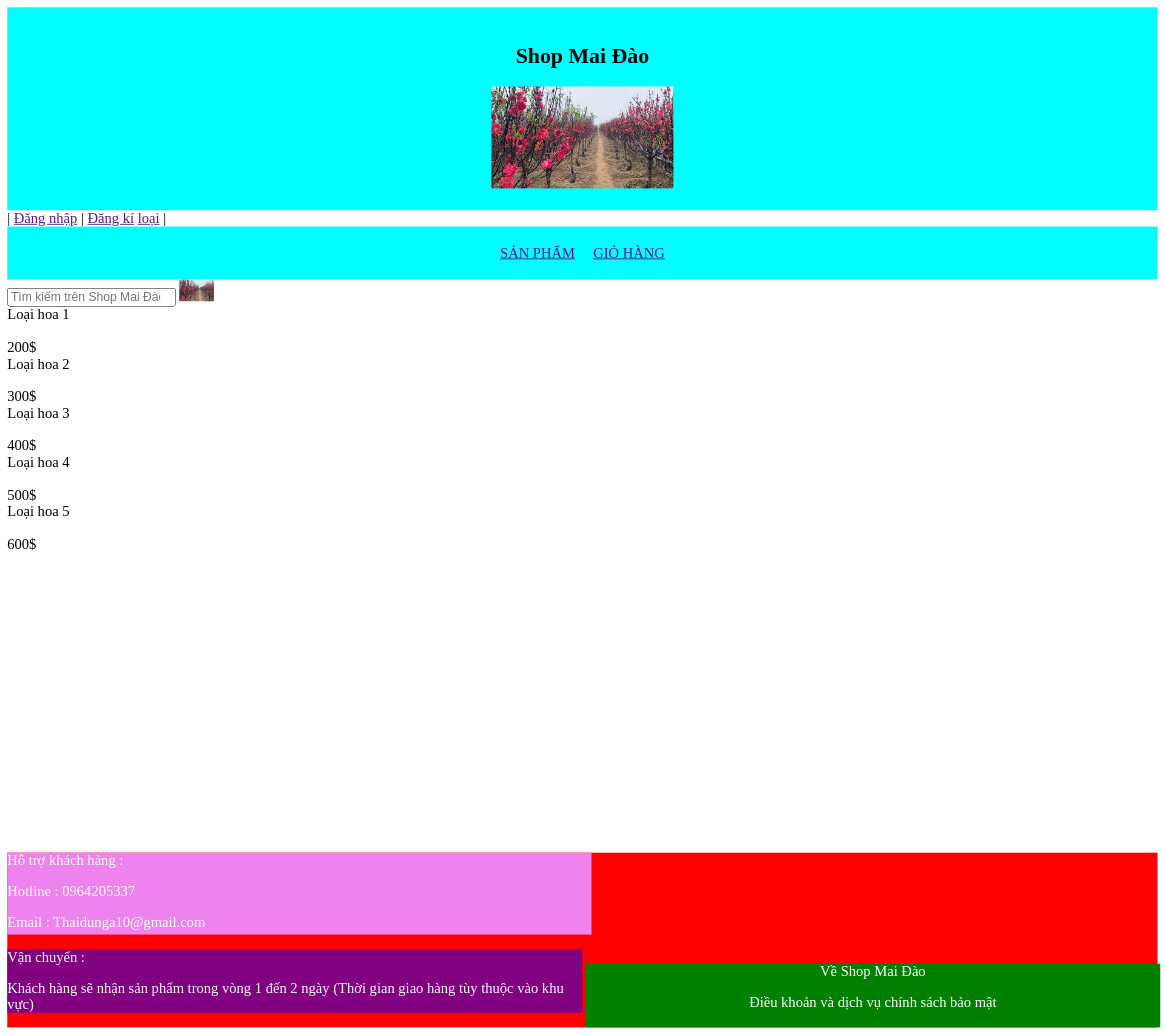
Repository: 08PS22617Dung/08-PS22617-D-ng
Page: agm2/index.html
These files come from the project's save history. The page is drawn as it stood at one moment and after a run of saves; the edit follows.
The browser window is 1280 px wide. The pictures show the whole page, at 91% of full size.

Above is the page before, as saved 2022-02-14 09:07:07.
Not found: agm2/dangki.html
Not found: agm2/dangnhap.html

After the next 2 saves:
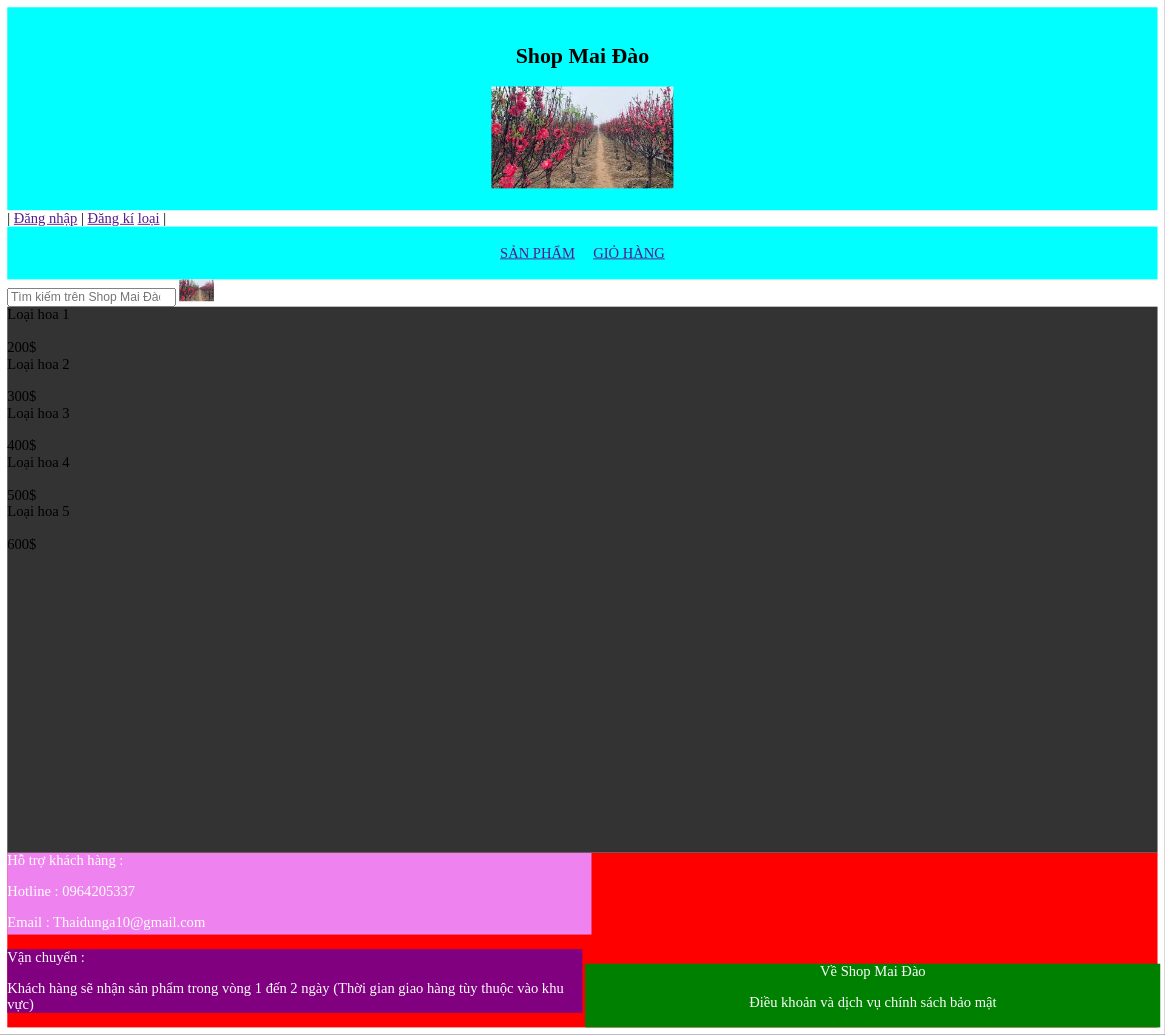
The 2 saves are shown as one change because they came seconds apart.
The last was saved 10 s later.
--- a/agm2/1.css
+++ b/agm2/1.css
@@ -7,7 +7,7 @@ article {
     min-height: 600px;
     width: 100%;
     float: left;
-    background-color: ;
+    background-color: #333;
 }
 .box--1 {
     width: 50%;
